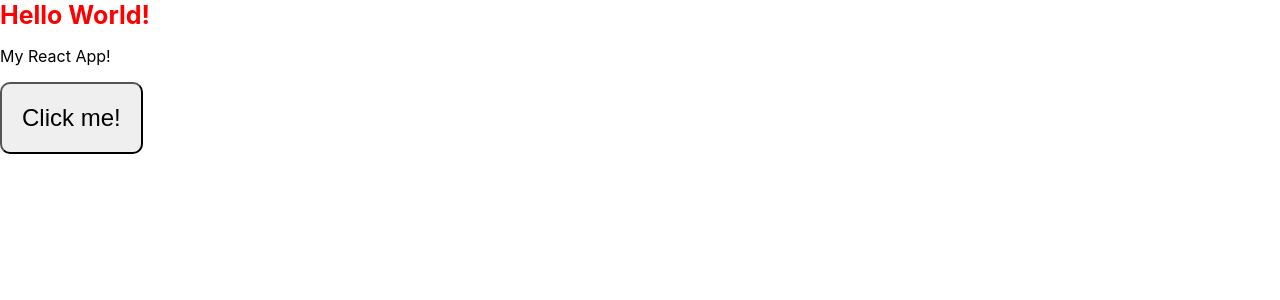
Repository: ruslan-horaiskyi/weatherApp
Page: /
The author's editor kept a copy of each file at every save. The page is drawn from the files as they stood at one save, then again after the next save.
The browser window is 1280 px wide. The pictures show the whole page.
The project was rebuilt for these pictures with package versions that can differ from the ones it lists, and the page was loaded fresh each time.

Above is the page before, as saved 2023-04-20 16:36:13.

After the next save:
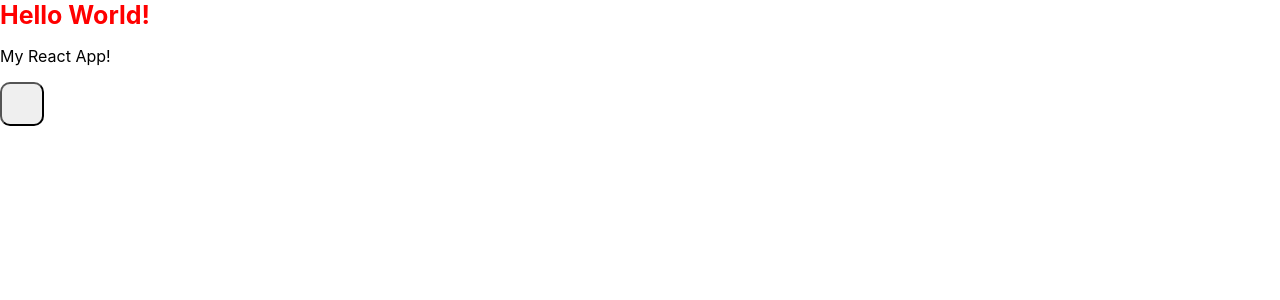
Saved 7 s later.
--- a/src/components/Button/Button.jsx
+++ b/src/components/Button/Button.jsx
@@ -3,7 +3,7 @@ import "./Button.css";
 const Button = ({ title }) => {
   return <button className="custom-button" onClick={() => {
     console.log('Button clicked!');
-  }}>Click me!</button>;
+  }}>{title}</button>;
 };
 
 export default Button;
